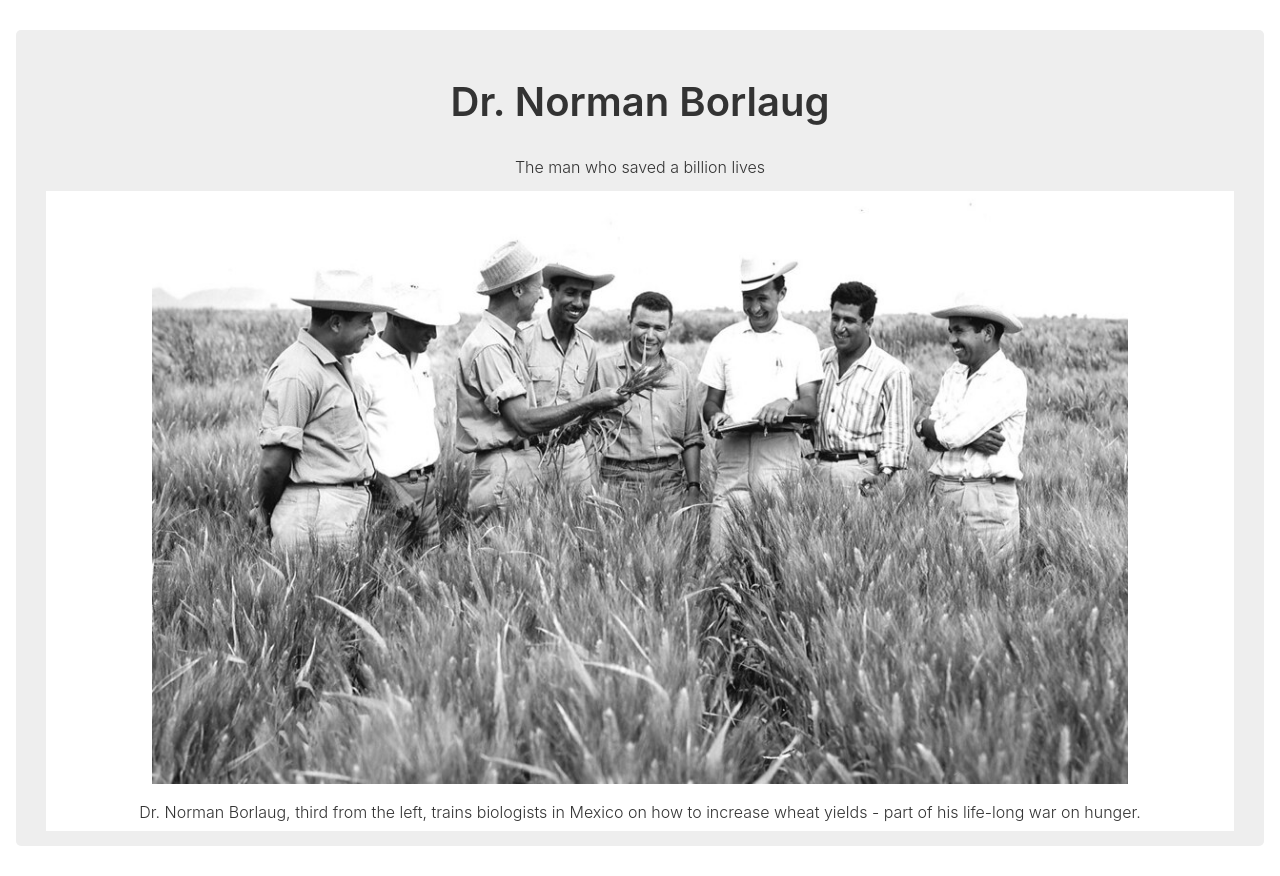
Repository: HTDuy01/github-demo
Page: freecodecamp/index.html
The author's editor kept a copy of each file at every save. The page is drawn from the files as they stood at one save, then again after the next save.
The browser window is 1280 px wide. The pictures show the whole page.

Above is the page before, as saved 2021-11-17 20:25:51.

### freecodecamp/index.html
<!DOCTYPE html>
<html lang="en">
<head>
    <meta charset="UTF-8">
    <meta http-equiv="X-UA-Compatible" content="IE=edge">
    <meta name="viewport" content="width=device-width, initial-scale=1.0">
    <title>Document</title>
    <link rel="stylesheet" href="/assets/css/style.css">
    <link rel="stylesheet" href="/assets/css/base.css">
</head>
<body>
    <div class="main">
        <header id="title">
            <h1 class="heading">Dr. Norman Borlaug</h1>
            <p class="sub-heading">The man who saved a billion lives</p>
        </header>

        <div id="img-div">
            <img src="/assets/img/tribute-page-main-image.jpg" alt="" class="img">
            <p class="content-img">Dr. Norman Borlaug, third from the left, trains biologists in Mexico on how to increase wheat yields - part of his life-long war on hunger.</p>
        </div>

        <div class="content">

        </div>

        <footer class="footer">

        </footer>
    </div>
</body>
</html>

### freecodecamp/assets/css/style.css
.main {
    background-color: #eee;
    margin: 30px 8px;
    padding: 15px;
    border-radius: 5px;
}

/* header */
#title {
    text-align: center;
}

.heading {
    color: var(--color-header);
    font-size: 4rem;
    font-weight: 600;
    margin-top: 27px;
    line-height: 60px;
}

.sub-heading {
    font-size: 1.6rem;
    color: var(--color-header);
    font-weight: 300;
}

/* Bener */
#img-div {
    height: 640px;
    background-color: #fff;
    margin: 0 15px;
    text-align: center;
}

.img {
    width: 976px;
    height: 593px;
}

.content-img {
    font-size: 1.6rem;
    color: var(--color-header);
    font-weight: 300;
}

### freecodecamp/assets/css/base.css

* {
    box-sizing: inherit;
}

html {
    font-size: 62.5%;
    line-height: 1.6rem;
    font-family: -apple-system, BlinkMacSystemFont, 'Segoe UI', 'Roboto', 'Helvetica Neue', Arial, sans-serif;
    box-sizing: border-box;
}

:root {
    --color-header:#333;
}

After the next save:
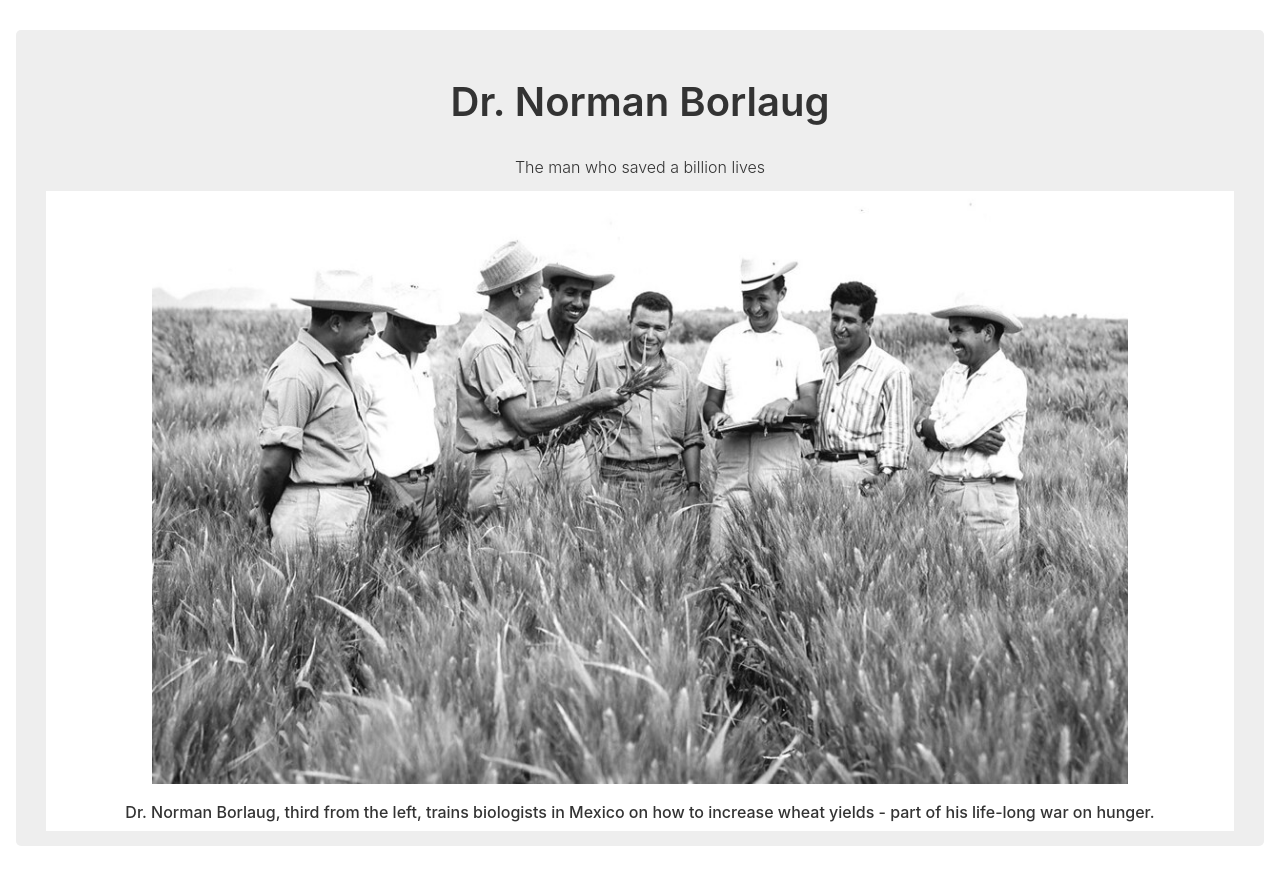
Saved 15 s later.
--- a/freecodecamp/assets/css/style.css
+++ b/freecodecamp/assets/css/style.css
@@ -40,5 +40,5 @@
 .content-img {
     font-size: 1.6rem;
     color: var(--color-header);
-    font-weight: 300;
+    font-weight: 500;
 }
